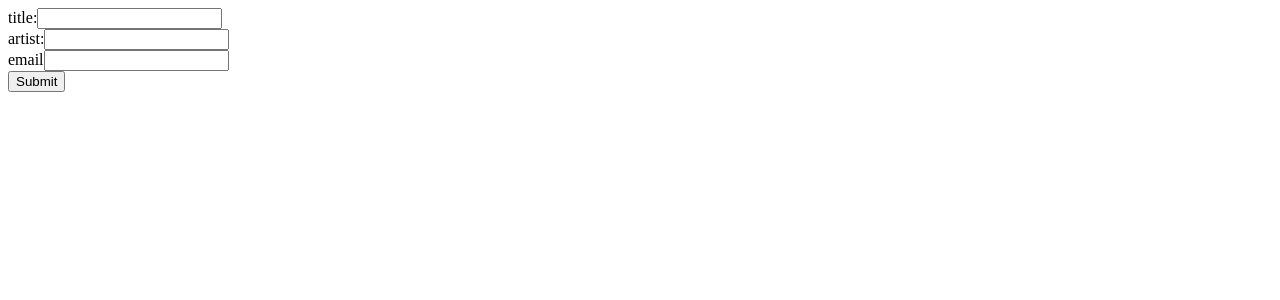
Repository: Arunkarthik13/IBM-FSD-000GGD
Page: http://localhost/SampleWebApplication1/
An editor plug-in stored every save of this project. The page is shown before and after the next save, followed by the edit.
The browser window is 1280 px wide. The pictures show the whole page.
The page is served by Tomcat 9. Other server files are loaded and not shown.

Above is the page before, as saved 2019-09-03 10:39:07.

### SampleWebApplication1/src/main/webapp/index.jsp
<%@ page language="java" contentType="text/html; charset=UTF-8"
    pageEncoding="UTF-8"%>
<!DOCTYPE html>
<html>
<head>
<meta charset="UTF-8">
<title>Insert title here</title>
</head>
<body>
title:<input type="text" name="fname"><br/>
artist:<input type="text" name="lname"><br/>
email<input type="text" name="email"><br/>
<input type="submit">
</form>
</body>
</html>

After the next save:
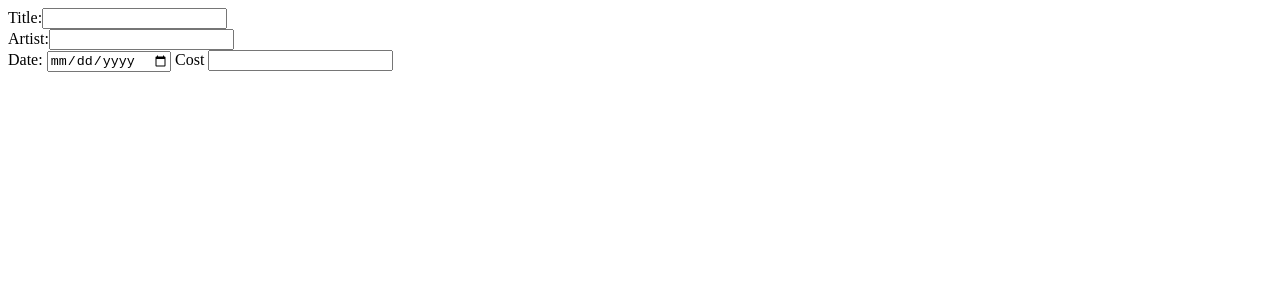
Saved 4 min 59 s later.
--- a/SampleWebApplication1/src/main/webapp/index.jsp
+++ b/SampleWebApplication1/src/main/webapp/index.jsp
@@ -7,10 +7,13 @@
 <title>Insert title here</title>
 </head>
 <body>
-title:<input type="text" name="fname"><br/>
-artist:<input type="text" name="lname"><br/>
-email<input type="text" name="email"><br/>
-<input type="submit">
+Title:<input type="text" name="fname"><br/>
+Artist:<input type="text" name="lname"><br/>
+	<label for="date">Date:</label>
+	<input id="date" name="date" required="true" type="date"/>
+	<label for="cost">Cost</label>
+	<input id="cost" name="cost" required="true" type="number"/>
+
 </form>
 </body>
 </html>
